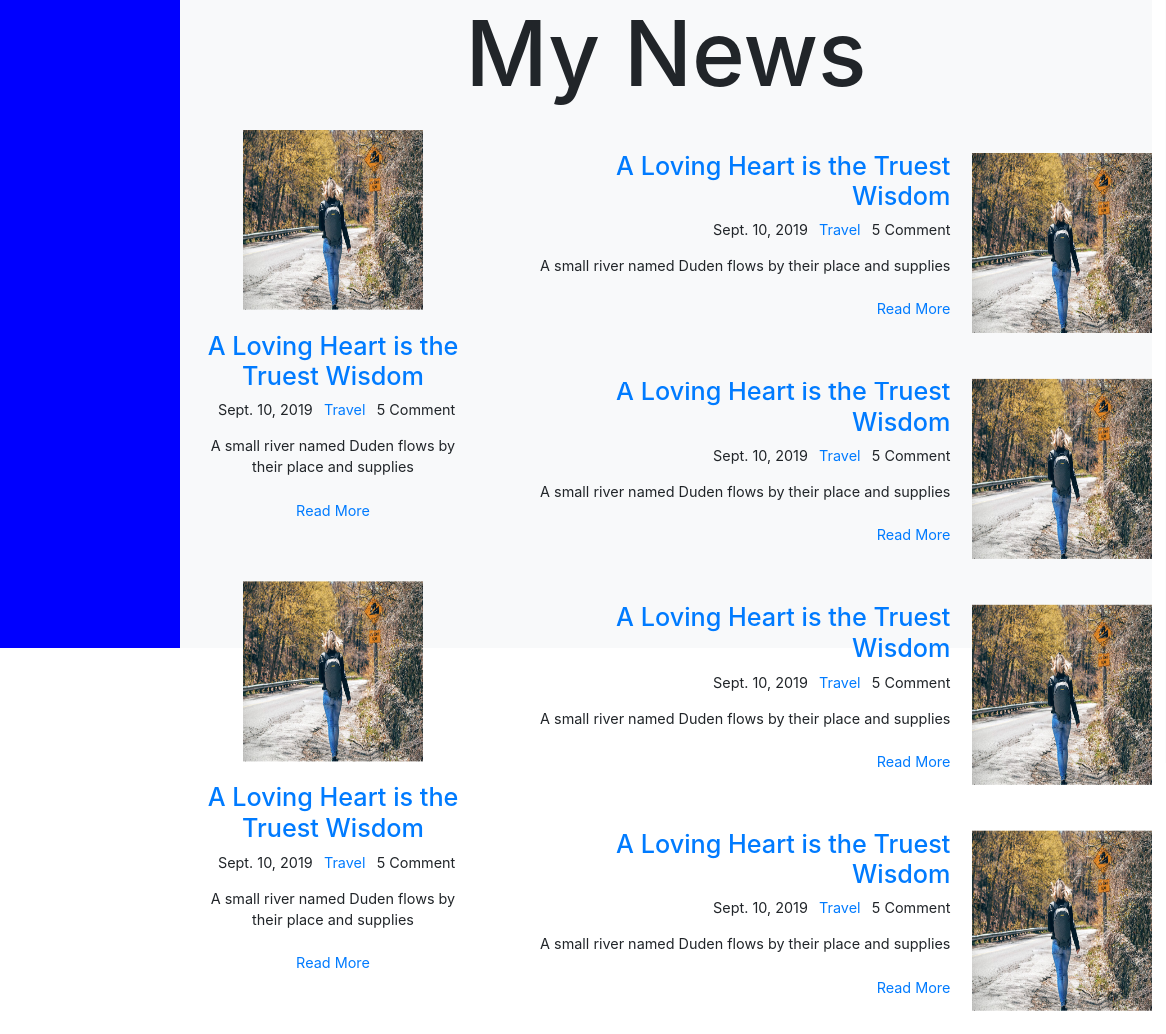
Repository: tts2610/GoogleNews
Page: index.html
The author's editor kept a copy of each file at every save. The page is drawn from the files as they stood at one save, then again after the next save.
The browser window is 1280 px wide. The page is 1295 px wide, then 1280 px, so the pictures cover 1295 px, including what lies to the right of the window. The pictures show the whole page, at 90% of full size.

Above is the page before, as saved 2020-05-20 14:18:54.

After the next save:
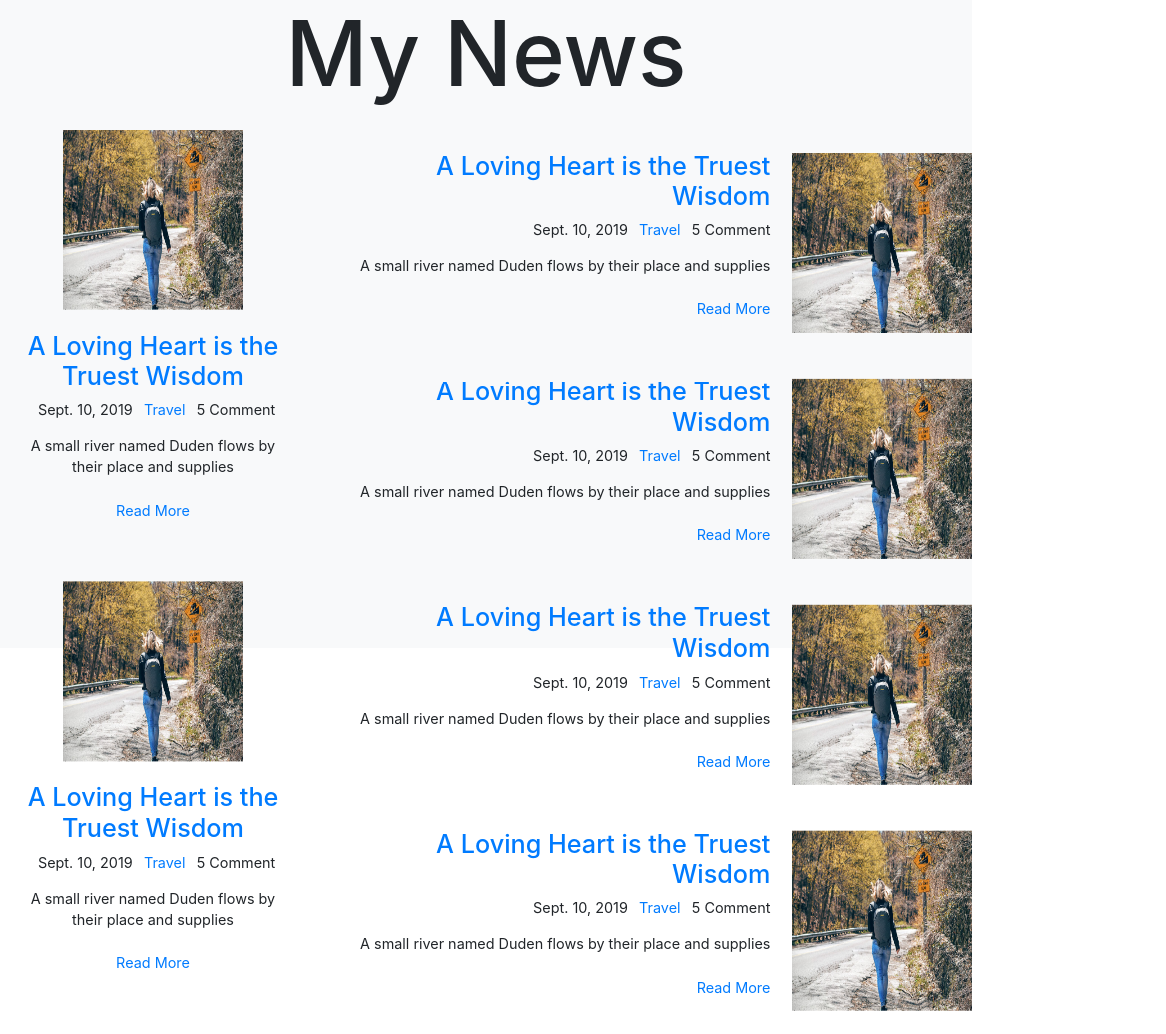
Saved 40 s later.
--- a/css/style.css
+++ b/css/style.css
@@ -8,11 +8,12 @@ body {
 }
 
 .sidenav {
-    min-height: 100vh;
+    position: absolute;
+    top: 0;
+    left: 0;
+    bottom: 0;
     width: 200px;
-    float: left;
-    position: relative;
-    background-color: blue;
+    background-color: pink;
 }
 
 .content {
